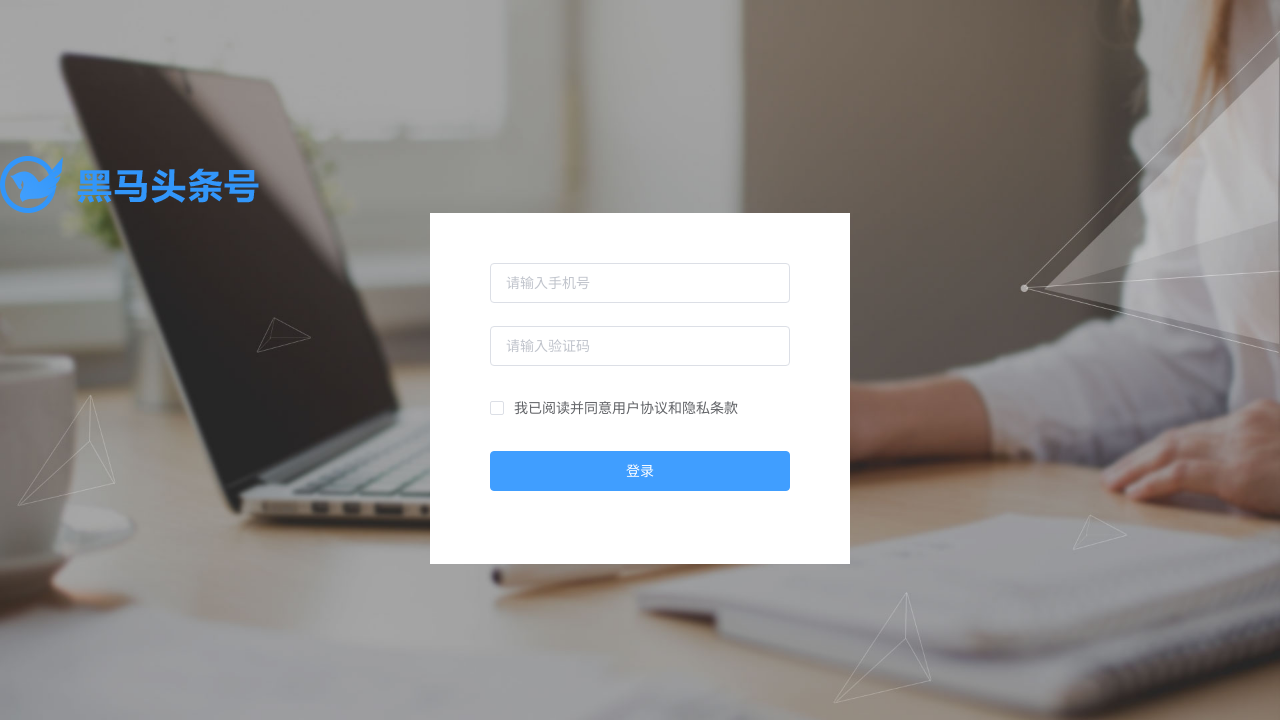
Repository: Azhaihh/toutiao-publish-admin
Page: /#/login
These files come from the project's save history. The page is drawn as it stood at one moment and after the next save; the edit follows.
The browser window is 1280 px wide. The pictures show the whole page.
The project was rebuilt for these pictures with package versions that can differ from the ones it lists, and the page was loaded fresh each time. Also part of the build but not shown: src/styles/index.less.

Above is the page before, as saved 2020-12-02 20:20:57.

After the next save:
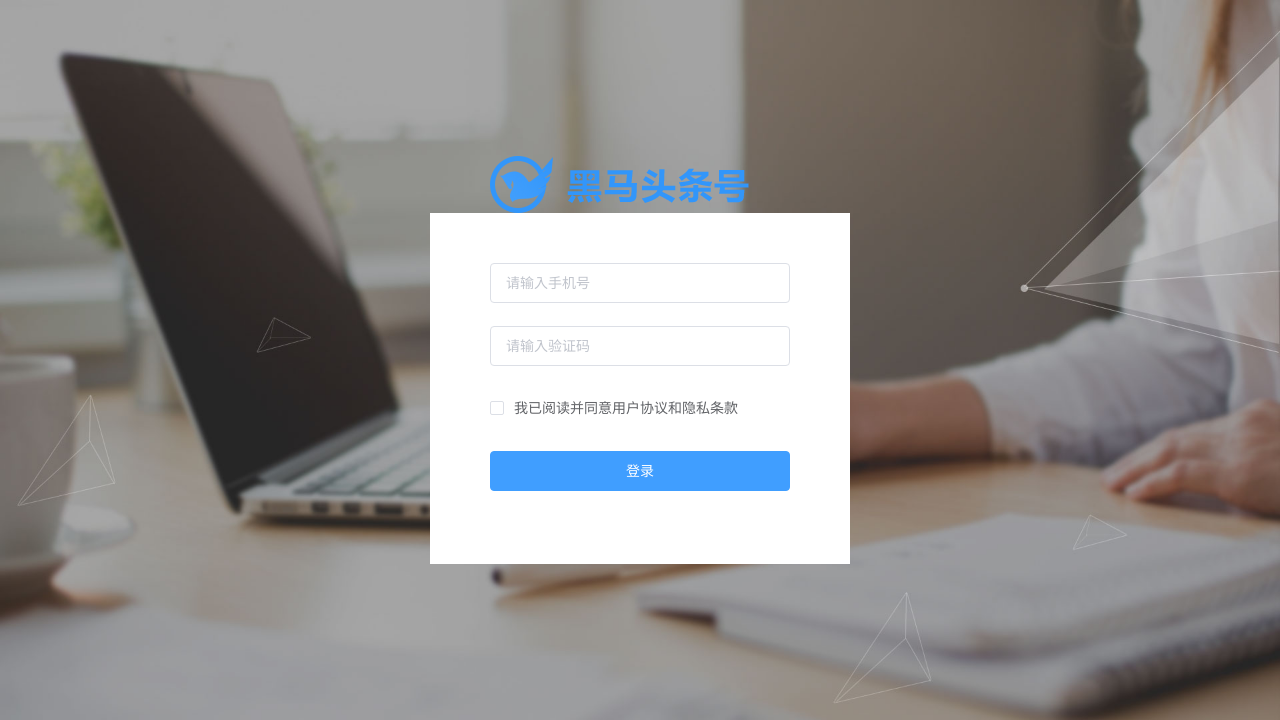
Saved 32 s later.
--- a/src/views/login/index.vue
+++ b/src/views/login/index.vue
@@ -72,7 +72,7 @@ export default {
   background-size: cover;
 
   .login-head {
-    width: 100%;
+    width: 300px;
     height: 57px;
     background: url("../../assets/img/logo_index.png") no-repeat;
   }
